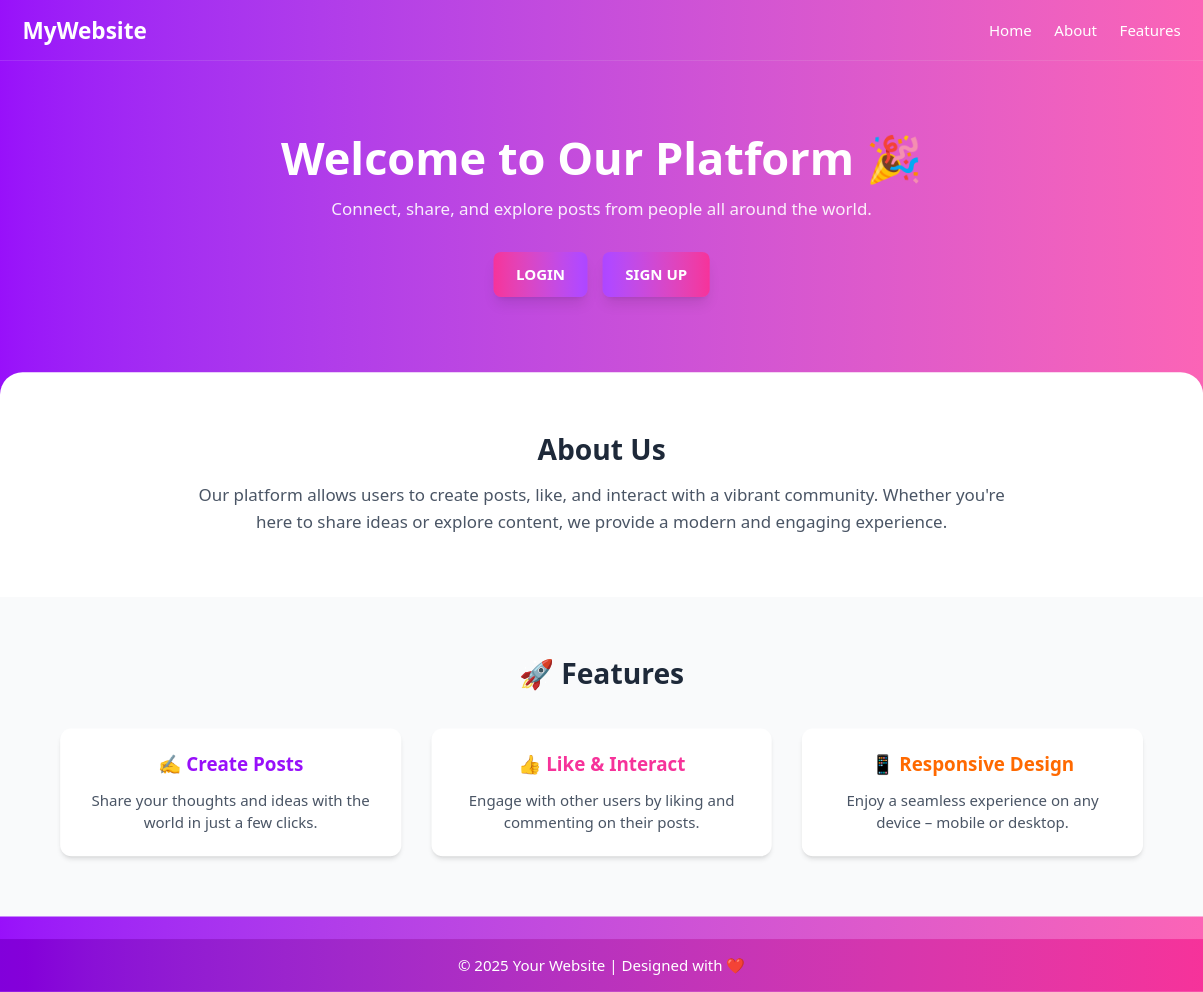
Repository: Tushal27/LinkdPlus-Frontend
Page: /
These files come from the project's save history. The page is drawn as it stood at one moment and after the next save; the edit follows.
The browser window is 1280 px wide. The pictures show the whole page, at 94% of full size.
The project was rebuilt for these pictures with package versions that can differ from the ones it lists, and the page was loaded fresh each time. Also part of the build but not shown: vite.config.js, src/pages/Login.jsx, src/pages/Register.jsx, src/pages/Profile.jsx, src/components/CommentsDrawer.jsx, src/pages/Posts.jsx, src/pages/EditProfile.jsx. Imported but missing from the stored project, and not drawn on this page: src/components/PostCard, src/pages/Layout.

Above is the page before, as saved 2025-08-04 04:08:09.

After the next save:
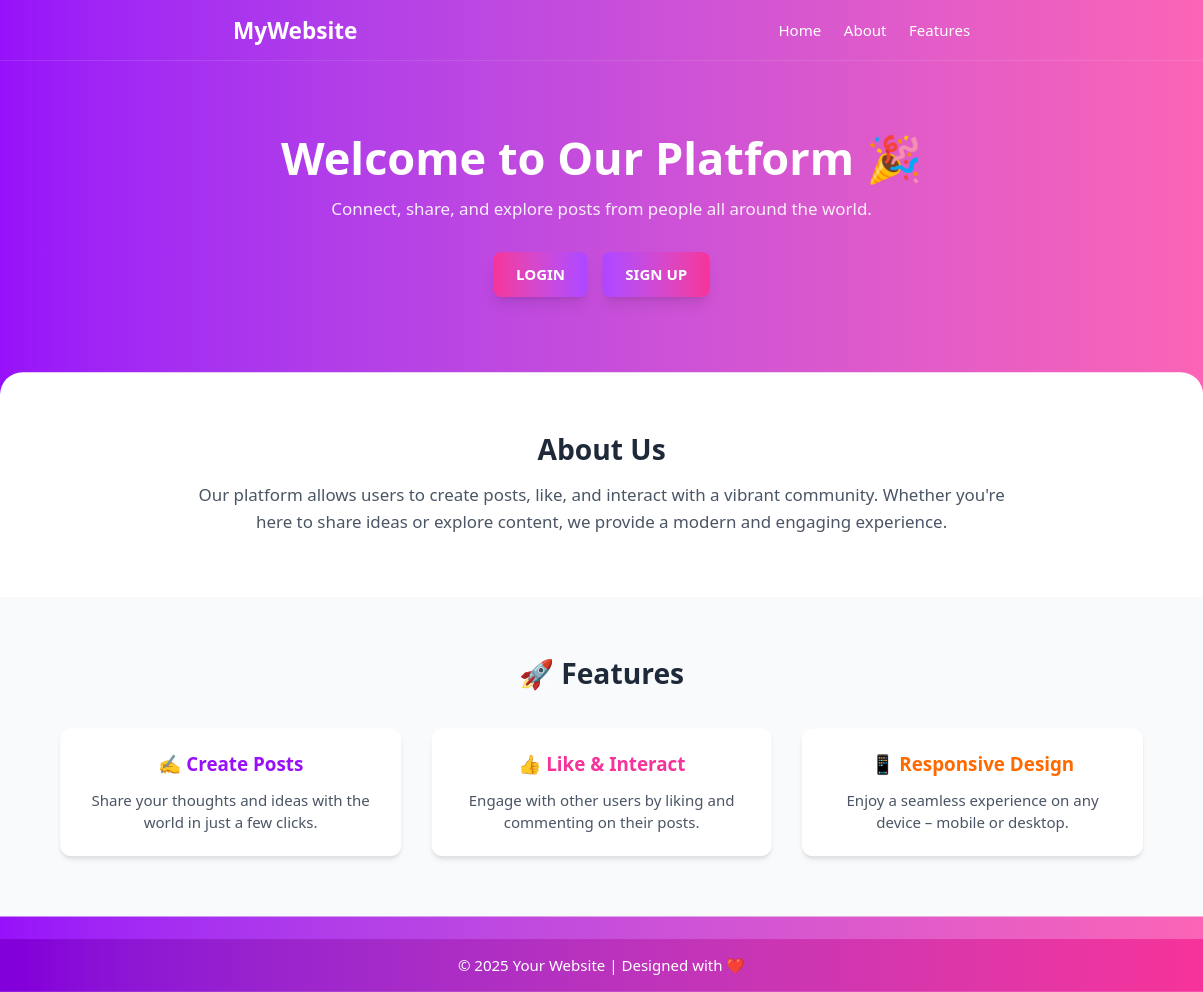
Saved 15 s later.
--- a/src/components/Navbar.jsx
+++ b/src/components/Navbar.jsx
@@ -6,7 +6,7 @@ export default function Navbar() {
 
   return (
     <nav className="bg-gradient-to-r from-purple-600 to-pink-400 px-6 py-4 shadow-lg">
-      <div className=" max-w-7xl mx-auto flex items-center justify-between">
+      <div className=" max-w-7xl mx-auto flex items-center justify-around">
         {/* Logo */}
         <h1
           className="text-2xl font-bold text-white cursor-pointer"
